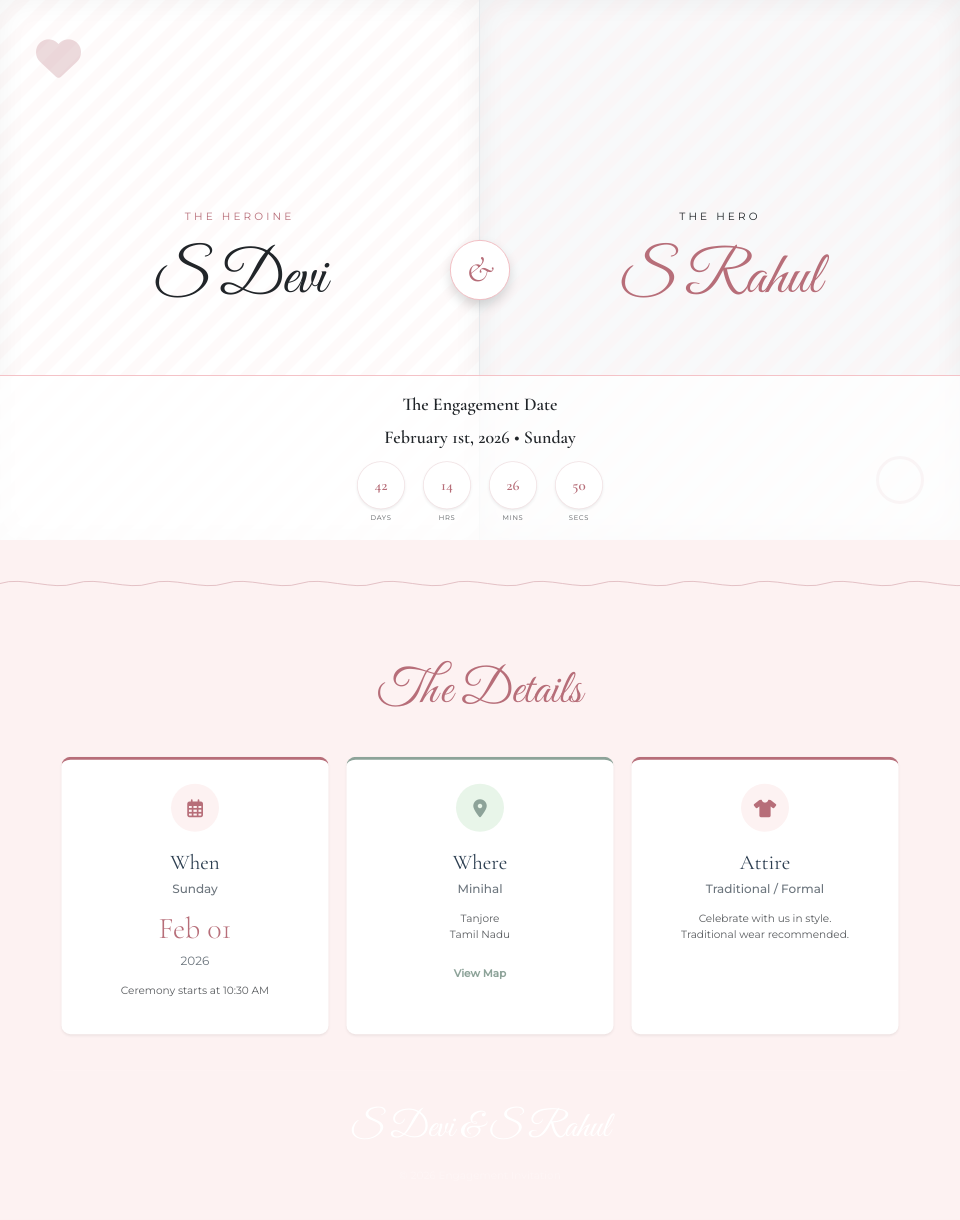
Repository: Eswar2585/Invitation
Page: index.html
An editor plug-in stored every save of this project. The page is shown before and after the next save, followed by the edit.
The browser window is 1280 px wide. The pictures show the whole page, at 75% of full size.

Above is the page before, as saved 2025-12-20 22:49:03.

### index.html
<!DOCTYPE html>
<html lang="en">
<head>
    <meta charset="UTF-8">
    <meta name="viewport" content="width=device-width, initial-scale=1.0">
    <title>Engagement Invitation</title>
        <link rel="icon" href="https://cdn-icons-png.flaticon.com/512/833/833472.png" type="image/png">
    <!-- Bootstrap 5 CSS -->
    <link href="https://cdn.jsdelivr.net/npm/bootstrap@5.3.0/dist/css/bootstrap.min.css" rel="stylesheet">

    <!-- Font Awesome (for Icons) -->
    <link href="https://cdnjs.cloudflare.com/ajax/libs/font-awesome/6.0.0/css/all.min.css" rel="stylesheet">

    <!-- Google Fonts -->
    <link rel="preconnect" href="https://fonts.googleapis.com">
    <link rel="preconnect" href="https://fonts.gstatic.com" crossorigin>
    <link href="https://fonts.googleapis.com/css2?family=Cormorant+Garamond:ital,wght@0,300;0,400;0,600;1,400&family=Great+Vibes&family=Montserrat:wght@300;400;500&display=swap" rel="stylesheet">

    <link rel="stylesheet" href="style.css">
</head>
<body>

    <!-- Envelope Overlay -->
    <div id="envelopeOverlay" class="envelope-overlay">
        <div class="envelope-wrapper">
            <!-- Body -->
            <div class="envelope-body"></div>

            <!-- Letter -->
            <div id="letterPreview" class="letter-preview">
                <div class="letter-border">
                    <p class="font-sans text-muted text-uppercase small tracking-wide mb-1" style="letter-spacing: 0.2em; font-size: 10px;">Invitation</p>
                    <h2 class="font-script text-rose-gold m-0" style="font-size: 2rem; color: #B76E79;">S Devi</h2>
                    <span class="font-serif text-dark small">&</span>
                    <h2 class="font-script text-rose-gold m-0" style="font-size: 2rem; color: #B76E79;">S Rahul</h2>
                </div>
            </div>

            <!-- Flap -->
            <div id="envelopeFlap" class="envelope-flap"></div>

            <!-- Pocket -->
            <div class="envelope-pocket"></div>

            <!-- Ribbon -->
            <div id="ribbonVertical" class="ribbon-vertical"></div>

            <!-- Bow -->
            <div id="bowContainer" class="bow-container">
               <div class="bow-loop loop-left"></div>
               <div class="bow-knot"></div>
               <div class="bow-loop loop-right"></div>
            </div>
        </div>
    </div>

    <!-- Main Content -->
    <div id="mainContent" class="main-content">

        <!-- Split Screen Hero (50/50 Force) -->
        <div class="container-fluid p-0">
            <div class="row g-0 min-vh-100 position-relative w-100 m-0">

                <!-- Left Col - Girl Name -->
                <div class="col-6 bg-white paper-texture shadow-seam d-flex flex-column justify-content-center align-items-center text-center p-2 p-md-5 border-end animate-open-left position-relative z-1">
                    <div class="position-absolute top-0 start-0 p-3 p-md-5 opacity-25">
                        <i class="fas fa-heart text-rose-gold icon-size"></i>
                    </div>
                    <p class="title-text font-sans text-rose-gold text-uppercase small mb-2 mb-md-4" style="letter-spacing: 0.3em;">The Heroine </p>
                    <h1 class="name-text font-script text-dark mb-2 mb-md-4" style="z-index: 10; position: relative;">S Devi</h1>

                </div>

                <!-- Center Ampersand -->
                <div class="ampersand-box position-absolute top-50 start-50 translate-middle z-3 bg-white rounded-circle shadow border border-danger-subtle d-flex align-items-center justify-content-center" style="width: 80px; height: 80px;">
                    <span class="ampersand-text font-serif fst-italic display-5 text-rose-gold">&</span>
                </div>

                <!-- Right Col - Boy Name -->
                <div class="col-6 bg-light paper-texture shadow-seam d-flex flex-column justify-content-center align-items-center text-center p-2 p-md-5 animate-open-right position-relative z-1">
                    <div class="position-absolute bottom-0 end-0 p-3 p-md-5 opacity-25">
                       <div class="ring-container border border-4 border-danger rounded-circle" style="border-color: #B76E79 !important;"></div>
                    </div>
                    <p class="title-text font-sans text-dark text-uppercase small mb-2 mb-md-4" style="letter-spacing: 0.3em;">The Hero</p>
                    <h1 class="name-text font-script text-rose-gold mb-2 mb-md-4" style="z-index: 10; position: relative;">S Rahul</h1>

                </div>

                <!-- Bottom Countdown Overlay -->
                <div class="position-absolute bottom-0 start-0 w-100 z-3 bg-white bg-opacity-75 border-top border-danger-subtle py-4 backdrop-blur">
                    <div class="container text-center">
                         <p class="font-serif h4 text-dark fw-bold mb-3">The Engagement Date</p>
                        <p class="font-serif h4 text-dark fw-bold mb-3">February 1st, 2026 &bull; Sunday</p>
                        <div class="d-flex justify-content-center gap-3 gap-md-4" id="countdownContainer">
                            <!-- Countdown items injected by JS -->
                        </div>
                    </div>
                </div>

            </div>
        </div>

        <!-- Divider -->
        <div class="py-5" style="background-color: var(--soft-pink);">
            <div class="flower-divider"></div>
        </div>

        <!-- Details Section -->
        <section class="py-5 container" style="background-color: var(--soft-pink);">
            <h2 class="font-script display-3 text-center text-rose-gold mb-5">The Details</h2>

            <div class="row g-4 justify-content-center">
                <!-- When -->
                <div class="col-md-4">
                    <div class="details-card text-center h-100">
                        <div class="details-icon">
                            <i class="far fa-calendar-alt"></i>
                        </div>
                        <h3 class="font-serif h3 mb-2">When</h3>
                        <p class="font-sans text-secondary fw-medium">Sunday</p>
                        <p class="font-serif display-6 text-rose-gold my-2">Feb 01</p>
                        <p class="font-sans text-secondary">2026</p>
                        <p class="font-sans small text-muted mt-3">Ceremony starts at 10:30 AM</p>
                    </div>
                </div>

                <!-- Where -->
                <div class="col-md-4">
                    <div class="details-card text-center h-100" style="border-top-color: var(--sage);">
                        <div class="details-icon" style="color: var(--sage); background-color: #e8f5e9;">
                            <i class="fas fa-map-marker-alt"></i>
                        </div>
                        <h3 class="font-serif h3 mb-2">Where</h3>
                        <p class="font-sans text-secondary fw-medium">Minihal</p>
                        <p class="font-sans text-muted mt-2 small">
                            Tanjore<br/>
                            Tamil Nadu
                        </p>
                        <a href="#" class="d-inline-block mt-3 text-decoration-none fw-bold" style="color: var(--sage); font-size: 0.875rem;">View Map</a>
                    </div>
                </div>

                <!-- Attire -->
                <div class="col-md-4">
                    <div class="details-card text-center h-100">
                        <div class="details-icon">
                            <i class="fas fa-tshirt"></i>
                        </div>
                        <h3 class="font-serif h3 mb-2">Attire</h3>
                        <p class="font-sans text-secondary fw-medium">Traditional / Formal</p>
                        <p class="font-sans text-muted mt-2 small">
                            Celebrate with us in style.<br/>
                            Traditional wear recommended.
                        </p>
                    </div>
                </div>
            </div>
        </section>

        <!-- Footer -->
        <footer class="bg-gray-800 text-white py-5 text-center">
            <h2 class="font-script display-5 mb-3">S Devi & S Rahul</h2>

            <div class="mt-4 small opacity-25">
                &copy; 2026 Engagement Invitation
            </div>
        </footer>
    </div>

    <!-- JavaScript Logic -->
 <script src="script.js"></script>
</body>
</html>

### style.css
    :root {
            --rose-gold: #B76E79;
            --soft-pink: #FDF2F2;
            --charcoal: #2C3E50;
            --sage: #8DA399;
            --envelope-body: #fceeee;
            --envelope-flap: #eecbcb;
        }

        body {
            margin: 0;
            padding: 0;
            width: 100%;
            height: 100%;
            font-family: 'Montserrat', sans-serif;
            background-color: var(--soft-pink);
            color: var(--charcoal);
            overflow-x: hidden;
        }

        /* Typography */
        .font-script { font-family: 'Great Vibes', cursive; font-weight: 400; }
        .font-serif { font-family: 'Cormorant Garamond', serif; }

        /* Responsive Font Sizes for Split Layout */
        @media (max-width: 768px) {
            .name-text { font-size: 2.2rem !important; line-height: 1.2; }
            .title-text { font-size: 0.6rem !important; letter-spacing: 0.15em !important; }
            .quote-text { font-size: 0.75rem !important; }
            .ampersand-box { width: 50px !important; height: 50px !important; }
            .ampersand-text { font-size: 1.5rem !important; }
            .icon-size { font-size: 30px !important; }
            .ring-container { width: 40px !important; height: 40px !important; }
        }

        @media (min-width: 769px) {
            .name-text { font-size: 5rem; }
            .icon-size { font-size: 60px; }
            .ring-container { width: 64px; height: 64px; }
        }

        /* Custom Utilities */
        .text-rose-gold { color: var(--rose-gold) !important; }
        .bg-rose-gold { background-color: var(--rose-gold); }
        .text-sage { color: var(--sage); }

        .paper-texture {
            background-color: #ffffff;
            background-image: url("data:[embedded picture, 236 characters]");
        }
        .shadow-seam { box-shadow: inset 0 0 40px rgba(0,0,0,0.05); }

        /* --- Envelope Animation Classes --- */
        .envelope-overlay {
            position: fixed;
            top: 0;
            left: 0;
            width: 100vw;
            height: 100vh;
            background-color: var(--soft-pink);
            z-index: 2000;
            display: flex;
            align-items: center;
            justify-content: center;
            perspective: 1500px;
            transition: opacity 1s ease-out, transform 1s ease-in;
        }

        .envelope-overlay.hidden {
            opacity: 0;
            transform: scale(1.5);
            pointer-events: none;
        }

        .envelope-wrapper {
            position: relative;
            width: 300px;
            height: 200px;
            transform-style: preserve-3d;
            margin-top: 3rem;
        }

        @media (min-width: 768px) {
            .envelope-wrapper { width: 500px; height: 330px; }
        }

        .envelope-body {
            position: absolute;
            width: 100%;
            height: 100%;
            background-color: var(--envelope-body);
            z-index: 10;
            border-radius: 4px;
            box-shadow: 0 1rem 3rem rgba(0,0,0,0.175);
        }

        .letter-preview {
            position: absolute;
            top: 8px; left: 8px; right: 8px; bottom: 8px;
            background: white;
            z-index: 20;
            display: flex;
            flex-direction: column;
            align-items: center;
            justify-content: center;
            text-align: center;
            box-shadow: 0 0.125rem 0.25rem rgba(0,0,0,0.075);
            transition: transform 1.4s cubic-bezier(0.25, 1, 0.5, 1);
        }

        .letter-preview.slide-up {
            transform: translateY(-190px) scale(1.05);
        }

        .letter-border {
            border: 2px solid var(--rose-gold);
            width: 90%;
            height: 90%;
            display: flex;
            flex-direction: column;
            align-items: center;
            justify-content: center;
            padding: 0.5rem;
        }

        .envelope-flap {
            position: absolute;
            top: 0; left: 0;
            width: 0; height: 0;
            border-left: 150px solid transparent;
            border-right: 150px solid transparent;
            border-top: 110px solid var(--envelope-flap);
            transform-origin: top;
            transition: transform 0.7s ease-in-out, z-index 0.7s;
            z-index: 50;
        }

        @media (min-width: 768px) {
            .envelope-flap {
                border-left: 250px solid transparent;
                border-right: 250px solid transparent;
                border-top: 180px solid var(--envelope-flap);
            }
        }

        .envelope-flap.open {
            transform: rotateX(180deg);
            z-index: 1;
        }

        .envelope-pocket {
            position: absolute;
            bottom: 0; left: 0;
            width: 0; height: 0;
            border-left: 150px solid transparent;
            border-right: 150px solid transparent;
            border-bottom: 110px solid var(--envelope-body);
            z-index: 40;
            pointer-events: none;
            filter: brightness(0.95);
        }

        @media (min-width: 768px) {
            .envelope-pocket {
                border-left: 250px solid transparent;
                border-right: 250px solid transparent;
                border-bottom: 180px solid var(--envelope-body);
            }
        }

        /* Ribbon Styles */
        .ribbon-vertical {
            position: absolute;
            top: 0; left: 50%;
            transform: translateX(-50%);
            width: 30px; height: 100%;
            background: linear-gradient(to right, #ffcdd2, #e57373, #ffcdd2);
            z-index: 60;
            box-shadow: 0 0.125rem 0.25rem rgba(0,0,0,0.1);
            transition: opacity 0.5s ease;
        }

        .ribbon-vertical.fade-out {
            opacity: 0;
        }

        .bow-container {
            position: absolute;
            top: 45%; left: 50%;
            transform: translate(-50%, -50%);
            z-index: 70;
            display: flex;
            align-items: center;
            justify-content: center;
            transition: all 0.5s ease-in;
        }

        .bow-container.untied {
            opacity: 0;
            transform: translate(-50%, -150%) scale(1.5);
        }

        .bow-loop {
            width: 50px; height: 50px;
            background: linear-gradient(135deg, #e57373, #ffcdd2);
            box-shadow: 2px 2px 5px rgba(0,0,0,0.2);
        }
        .loop-left { border-radius: 50px 50px 50px 0; transform: rotate(-45deg); margin-right: -4px; }
        .loop-right { border-radius: 50px 50px 0 50px; transform: rotate(135deg); margin-left: -4px; }
        .bow-knot { width: 15px; height: 15px; background: #ef5350; border-radius: 50%; z-index: 80; }

        /* --- Main Page Animations --- */
        .main-content {
            transition: opacity 1s ease;
            width: 100%;
            opacity: 0;
            visibility: hidden;
        }
        .main-content.visible {
            opacity: 1;
            visibility: visible;
        }

        @keyframes slideInLeft {
            0% { transform: translateX(-50px); opacity: 0; }
            100% { transform: translateX(0); opacity: 1; }
        }
        @keyframes slideInRight {
            0% { transform: translateX(50px); opacity: 0; }
            100% { transform: translateX(0); opacity: 1; }
        }

        .animate-open-left { animation: slideInLeft 1.5s cubic-bezier(0.25, 1, 0.5, 1) forwards; }
        .animate-open-right { animation: slideInRight 1.5s cubic-bezier(0.25, 1, 0.5, 1) forwards; }

        .flower-divider {
            background-image: url('data:[embedded picture, 234 characters]');
            background-repeat: repeat-x;
            height: 20px;
            width: 100%;
            opacity: 0.5;
        }

        .countdown-box {
            width: 3rem; height: 3rem;
            background: white;
            border: 1px solid rgba(183, 110, 121, 0.2);
            border-radius: 50%;
            display: flex;
            align-items: center;
            justify-content: center;
            margin-bottom: 0.25rem;
        }
        @media (min-width: 768px) {
            .countdown-box { width: 4rem; height: 4rem; }
        }

        .details-card {
            background: white;
            padding: 2rem;
            border-radius: 0.75rem;
            border-top: 4px solid var(--rose-gold);
            box-shadow: 0 0.125rem 0.25rem rgba(0,0,0,0.075);
            transition: transform 0.3s;
        }
        .details-card:hover { transform: translateY(-5px); box-shadow: 0 0.5rem 1rem rgba(0,0,0,0.15); }
        .details-icon {
            width: 4rem; height: 4rem;
            background-color: var(--soft-pink);
            color: var(--rose-gold);
            border-radius: 50%;
            display: flex;
            align-items: center;
            justify-content: center;
            margin: 0 auto 1.5rem auto;
            font-size: 1.5rem;
        }

### script.js
 document.addEventListener('DOMContentLoaded', () => {
            // --- Animation Sequence ---
            const bowContainer = document.getElementById('bowContainer');
            const ribbonVertical = document.getElementById('ribbonVertical');
            const envelopeFlap = document.getElementById('envelopeFlap');
            const letterPreview = document.getElementById('letterPreview');
            const envelopeOverlay = document.getElementById('envelopeOverlay');
            const mainContent = document.getElementById('mainContent');

            // 1. Untie Bow (1000ms)
            setTimeout(() => {
                bowContainer.classList.add('untied');
                ribbonVertical.classList.add('fade-out');
            }, 1000);

            // 2. Open Flap (1600ms)
            setTimeout(() => {
                envelopeFlap.classList.add('open');
            }, 1600);

            // 3. Slide Letter Up (2200ms)
            setTimeout(() => {
                letterPreview.classList.add('slide-up');
            }, 2200);

            // 4. Reveal Main Content (3800ms)
            setTimeout(() => {
                envelopeOverlay.classList.add('hidden');
                mainContent.classList.add('visible');

                // Cleanup overlay after transition
                setTimeout(() => {
                    envelopeOverlay.style.display = 'none';
                }, 1000);
            }, 3800);

            // --- Countdown Logic ---
            const eventDate = new Date(2026, 1, 1, 10, 30, 0).getTime(); // Feb 1, 2026 (Month is 0-indexed: 1 = Feb)
            const countdownContainer = document.getElementById('countdownContainer');

            function updateCountdown() {
                const now = new Date().getTime();
                const distance = eventDate - now;

                if (distance < 0) {
                    countdownContainer.innerHTML = '<div class="text-rose-gold h4">We are Engaged!</div>';
                    return;
                }

                const days = Math.floor(distance / (1000 * 60 * 60 * 24));
                const hours = Math.floor((distance % (1000 * 60 * 60 * 24)) / (1000 * 60 * 60));
                const minutes = Math.floor((distance % (1000 * 60 * 60)) / (1000 * 60));
                const seconds = Math.floor((distance % (1000 * 60)) / 1000);

                const timeUnits = [
                    { label: 'Days', value: days },
                    { label: 'Hrs', value: hours },
                    { label: 'Mins', value: minutes },
                    { label: 'Secs', value: seconds }
                ];

                let html = '';
                timeUnits.forEach(unit => {
                    html += `
                        <div class="d-flex flex-column align-items-center">
                            <div class="countdown-box shadow-sm">
                                <span class="font-serif h5 text-rose-gold fw-bold m-0">${unit.value}</span>
                            </div>
                            <span class="font-sans text-uppercase text-muted" style="font-size: 9px; letter-spacing: 0.1em;">${unit.label}</span>
                        </div>
                    `;
                });

                countdownContainer.innerHTML = html;
            }

            setInterval(updateCountdown, 1000);
            updateCountdown(); // Initial call
        });

After the next save:
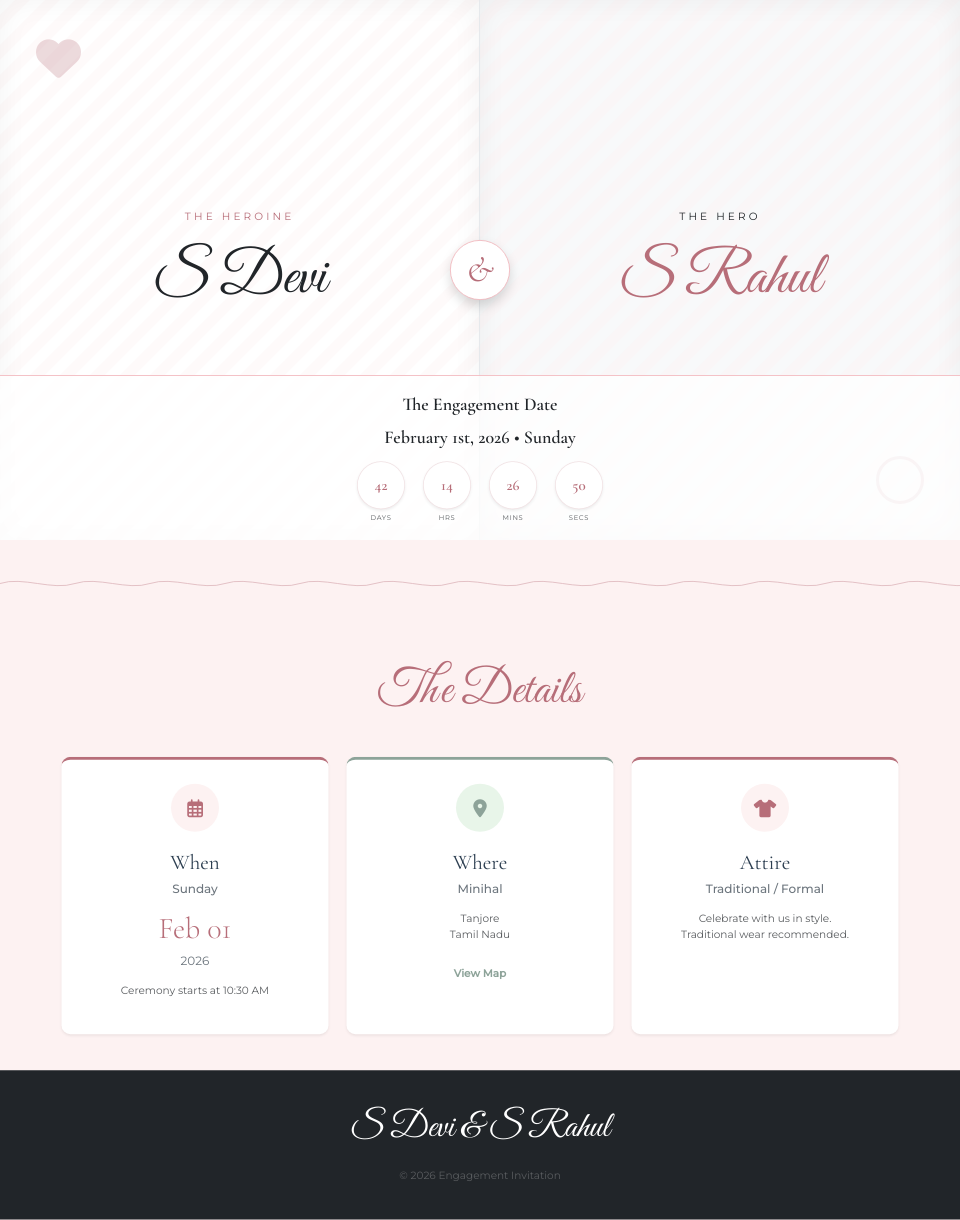
Saved 69 s later.
--- a/index.html
+++ b/index.html
@@ -158,7 +158,7 @@
         </section>
 
         <!-- Footer -->
-        <footer class="bg-gray-800 text-white py-5 text-center">
+        <footer class="bg-dark text-white py-5 text-center">
             <h2 class="font-script display-5 mb-3">S Devi & S Rahul</h2>
 
             <div class="mt-4 small opacity-25">
